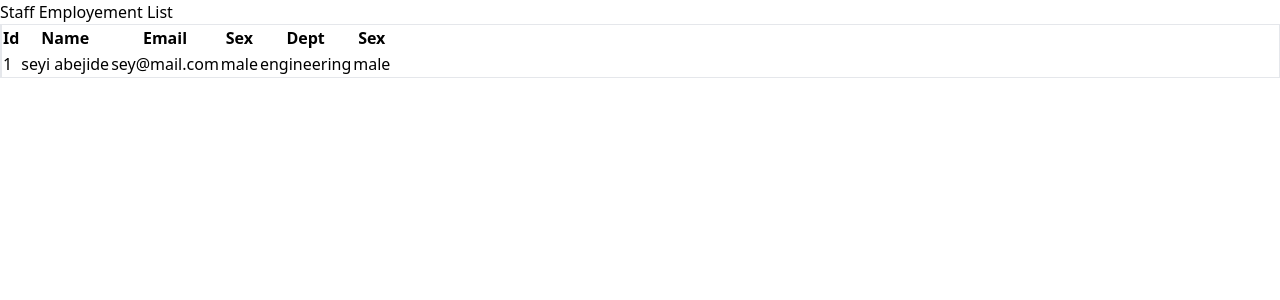
Repository: Semanmernstack/crud
Page: /
An editor plug-in stored every save of this project. The page is shown before and after the next save, followed by the edit.
The browser window is 1280 px wide. The pictures show the whole page.
The project was rebuilt for these pictures with package versions that can differ from the ones it lists, and the page was loaded fresh each time. Also part of the build but not shown: src/Details.js, src/Create.js, src/Edit.js.

Above is the page before, as saved 2022-12-23 03:20:42.

After the next save:
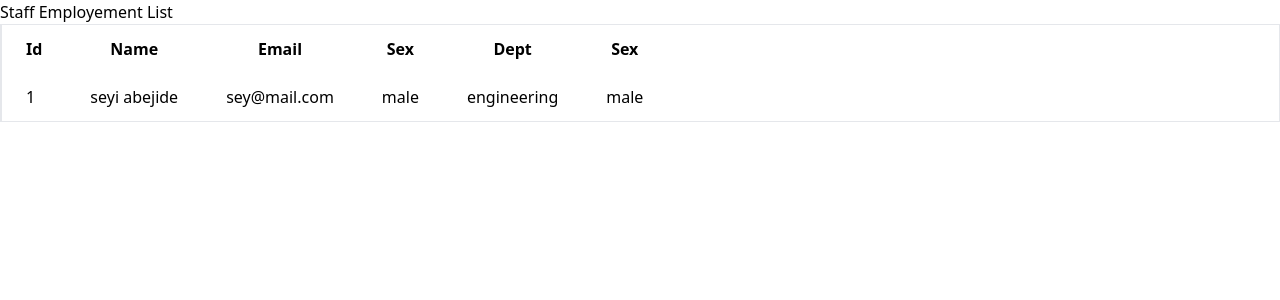
Saved 4 min 20 s later.
--- a/src/List.js
+++ b/src/List.js
@@ -11,24 +11,24 @@ function List() {
             <div className="">
             <thead>
                 <tr className="border-l">
-                    <th>Id</th>
-                    <th>Name</th>
-                    <th>Email</th>
-                    <th>Sex</th>
-                    <th>Dept</th>
-                    <th>Sex</th>
+                    <th className=" py-3 px-6">Id</th>
+                    <th className=" py-3 px-6">Name</th>
+                    <th className=" py-3 px-6">Email</th>
+                    <th className=" py-3 px-6">Sex</th>
+                    <th className=" py-3 px-6">Dept</th>
+                    <th className=" py-3 px-6">Sex</th>
 
                 </tr>
             </thead>
 
             <tbody>
                 <tr className="border-l">
-                    <td>1</td>
-                    <td>seyi abejide</td>
-                    <td>sey@mail.com</td>
-                    <td>male</td>
-                    <td>engineering</td>
-                    <td>male</td>
+                    <td className=" py-3 px-6">1</td>
+                    <td className=" py-3 px-6" >seyi abejide</td>
+                    <td className=" py-3 px-6">sey@mail.com</td>
+                    <td className=" py-3 px-6">male</td>
+                    <td className=" py-3 px-6">engineering</td>
+                    <td className=" py-3 px-6">male</td>
                 </tr>
             </tbody>
             </div>
